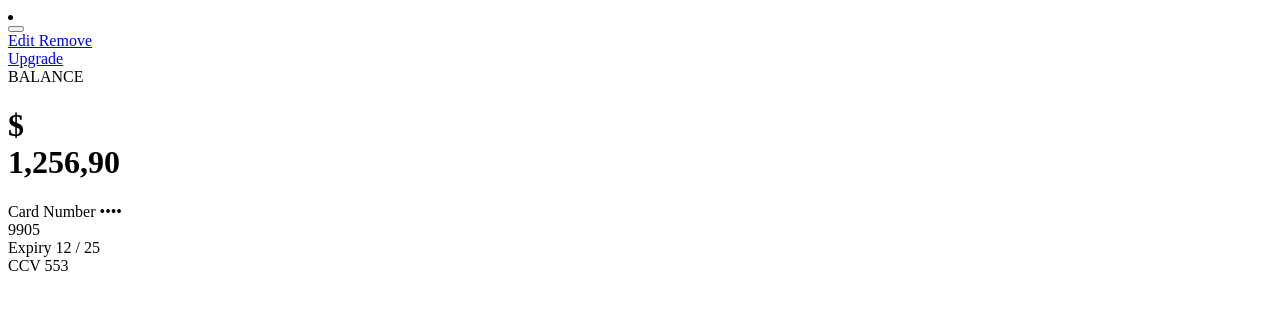
Repository: greatchriz/Laravel-bank-02-10-2023
Page: resources/views/components/dashboard/payment-method.blade.php
An editor plug-in stored every save of this project. The page is shown before and after the next save, followed by the edit.
The browser window is 1280 px wide. The pictures show the whole page.
The page is served by the project's Laravel application, run on PHP 8.4 with Laravel 10. The template is opened directly, without the code that normally fills it, so the values that code supplies are empty.

Above is the page before, as saved 2023-09-24 17:51:52.

After the next save:
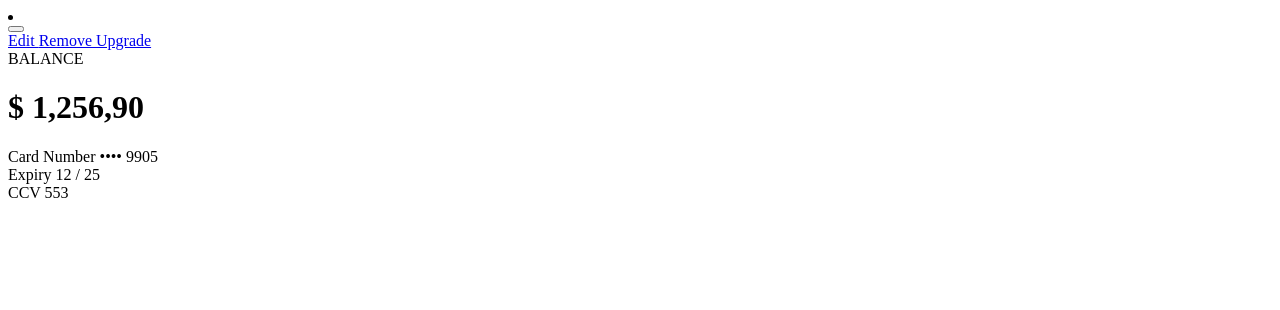
Saved 80 s later.
--- a/resources/views/components/dashboard/payment-method.blade.php
+++ b/resources/views/components/dashboard/payment-method.blade.php
@@ -1,6 +1,6 @@
 <li
     class="splide__slide splide__slide--clone"
-    style="margin-right: 16px; width: 118px;"
+    style="margin-right: 16px; width: 356px;"
 >
     <!-- card block -->
     <div class="card-block bg-dark">
